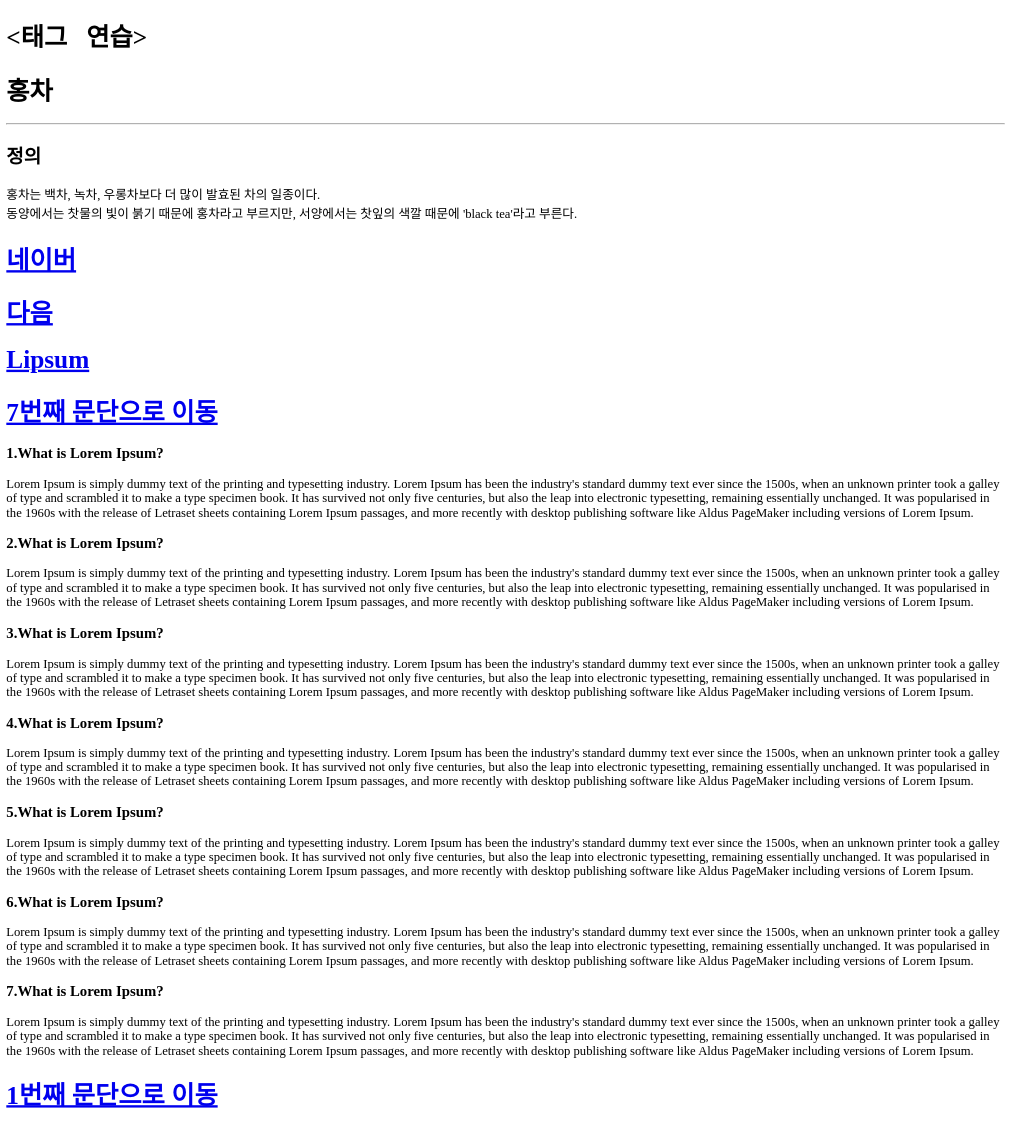
Repository: kmg8138/html
Page: 2020.04.06/ex0406/WebContent/ex03.html
These files come from the project's save history. The page is drawn as it stood at one moment and after the next save; the edit follows.
The browser window is 1280 px wide. The pictures show the whole page, at 79% of full size.

Above is the page before, as saved 2020-04-06 02:15:02.

After the next save:
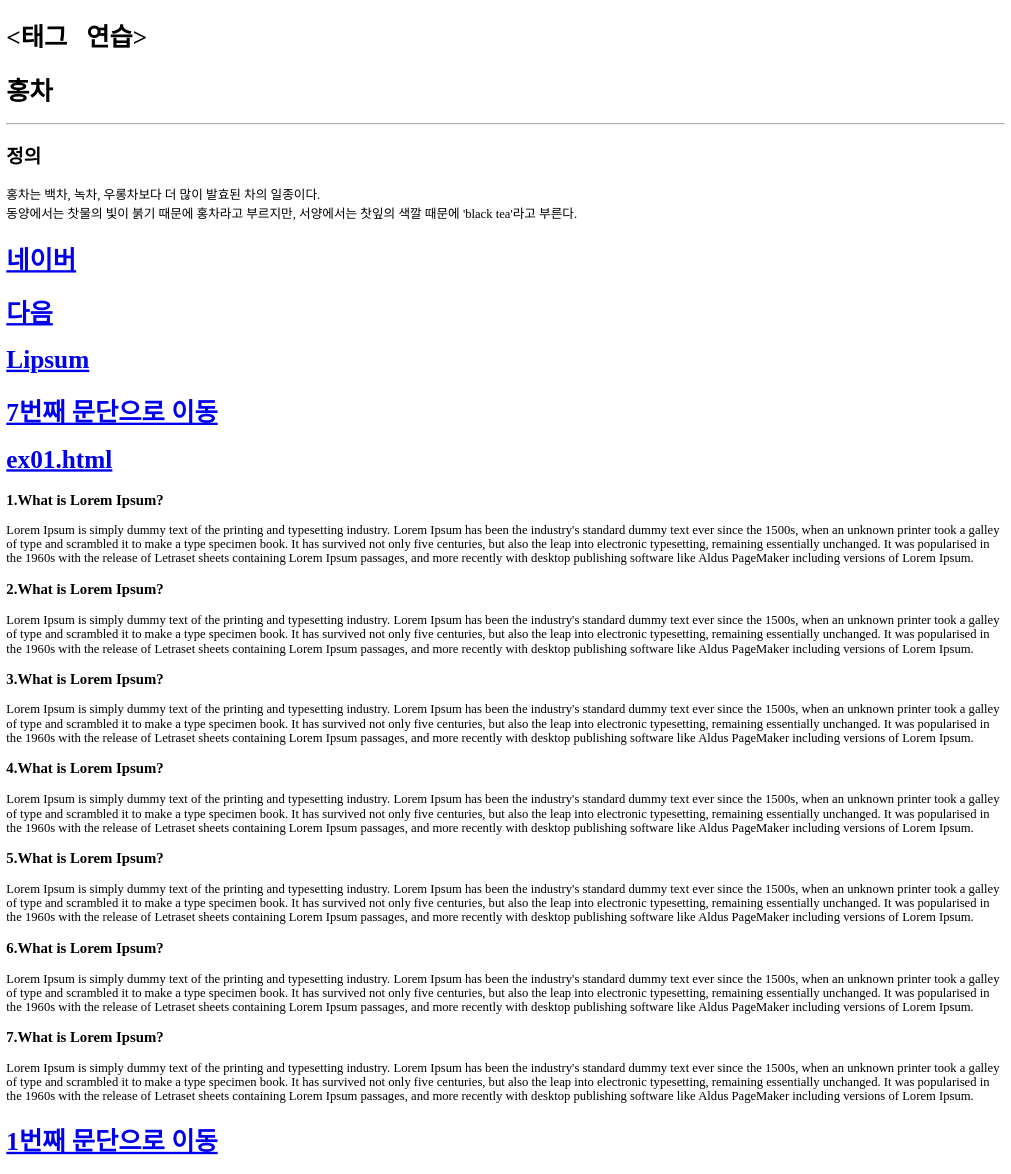
Saved 2 min 25 s later.
--- a/2020.04.06/ex0406/WebContent/ex03.html
+++ b/2020.04.06/ex0406/WebContent/ex03.html
@@ -18,6 +18,7 @@
 	<h1><a href="http://daum.net">다음</a></h1>
 	<h1><a href="http://lipsum.com">Lipsum</a></h1>
 	<h1><a href="#p7">7번째 문단으로 이동</a></h1>
+	<h1><a href="ex01.html">ex01.html</a></h1>
 
 	<h3 id="p1">1.What is Lorem Ipsum?</h3>
 	<p>
